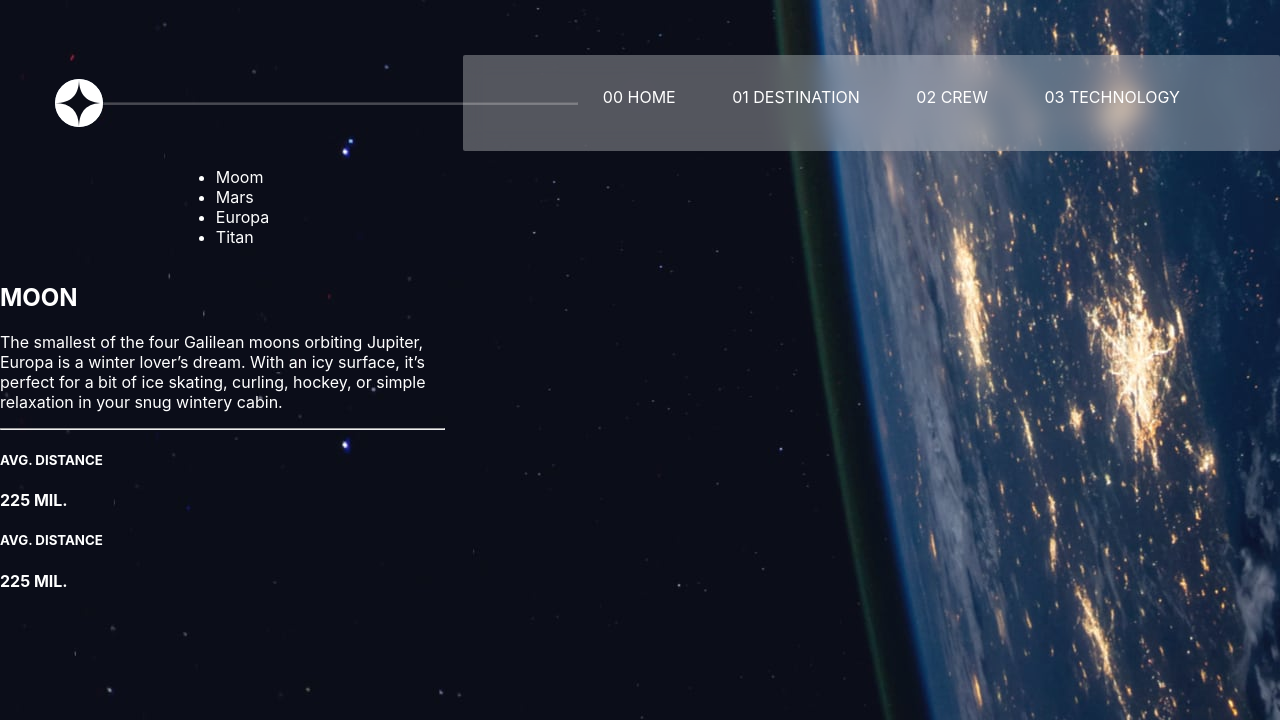
Repository: jhonenmanuel1/FrontEndMentor-MultiPageSpace
Page: /
An editor plug-in stored every save of this project. The page is shown before and after the next save, followed by the edit.
The browser window is 1280 px wide. The pictures show the whole page.
The project was rebuilt for these pictures with package versions that can differ from the ones it lists, and the page was loaded fresh each time. Also part of the build but not shown: src/views/home.js.

Above is the page before, as saved 2022-06-23 22:43:42.

### src/App.js

import HeaderView from './components/header';
import Destination from './views/destination';
import HomeView from './views/home';


function App() {
  return (
    <div className="App">
      <HeaderView/>
      <Destination/>


    </div>
  );
}

export default App;

### src/components/header.js
import styles from "../styles/header.module.css"

const HeaderView = ()=>{

    return(
        <div className={styles.wraper}>
            <div className={styles.headerLogo}>
            <svg xmlns="http://www.w3.org/2000/svg" width="48" height="48"><g fill="none" fill-rule="evenodd"><circle cx="24" cy="24" r="24" fill="#FFF"/><path fill="#0B0D17" d="M24 0c0 16-8 24-24 24 15.718.114 23.718 8.114 24 24 0-16 8-24 24-24-16 0-24-8-24-24z"/></g></svg>
            </div>
            <div className={styles.headerLine}>
                <hr />
            </div>
            <div className={styles.headerMenu}>
                 <ul>
                    <li> 00 HOME</li>
                    <li> 01 DESTINATION </li>
                    <li> 02 CREW </li>
                    <li className={styles.lastList}> 03 TECHNOLOGY</li>

                </ul>
            </div>

        </div>
    )
}
export default HeaderView;

### src/views/destination.js
import PlanetCardInfo from "../atoms/PlanetCardInfo";

export default function Destination() {
  return (
    <>
      <div className="destinationContainer">
        <div className="planetCard">
          <div className="titlePlanet"></div>
          <div className="planetCardImage"></div>
        </div>
        <div>
            <PlanetCardInfo/>
        </div>
      </div>
    </>
  );
}

### src/styles/header.module.css
.wraper {
    margin-top: 55px;
    display: flex;
    justify-content: space-between;


    background-position: center center;
    background-repeat: no-repeat;
    background-size: cover


}
.headerLogo{
    display: flex;
    justify-content: center;
    align-items: center;


}
.headerLogo svg {
    background-color: aliceblue;
    border-radius: 100%;
    height: 48px;
    width: 48px;
    margin-left: 55px;
}

.headerMenu{
    background-color: rgba(255, 255, 255, 0.3);
    border-radius: 2px;
    text-align: center;
    backdrop-filter: blur(12px);
    -webkit-backdrop-filter: blur(10px);
    width: 830px;
    height: 96px;



}

.headerMenu ul {
    display: flex;
    justify-content:  space-between;
    align-items: center;
    padding-right: 100px;
    margin-left: 100px;
    margin-top: 32px;
    color: white;


}
.headerMenu ul li {
    text-decoration: none;
    list-style: none;

}

.headerLogo{
    color: white;

}
.headerLine {
    display: flex;
    justify-content: center;
    align-items: center;
    margin-right: -9%;
    z-index: 1;

}
.headerLine hr {
    height: 1px;
    background-color: white;
    color: white;
    width: 473px;
    opacity:  25.15%;

}

### src/atoms/PlanetCardInfo.js
import styles from  '../styles/planetcardinfo.module.css'
export default function PlanetCardInfo() {
  return (
    <section section className={styles.planetCardInfoContainer}>
      <div >
        <div className={styles.planetCardHeader}>
          <ul>
            <li>Moom</li>
            <li>Mars</li>
            <li>Europa</li>
            <li>Titan</li>
          </ul>
        </div>
        <div className="planetCardTitle">
          <h1> MOON</h1>
        </div>
        <p>
          The smallest of the four Galilean moons orbiting Jupiter, Europa is a
          winter lover’s dream. With an icy surface, it’s perfect for a bit of
          ice skating, curling, hockey, or simple relaxation in your snug
          wintery cabin.
        </p>
        <hr></hr>
        <div className="planetCardFooter">
          <div>
            <div className="Mini Targets"></div>
          </div>
          <h5>AVG. DISTANCE</h5>
          <h4>225 MIL.</h4>
        </div>
        <div className="planetCardFooter">
          <div>
            <div className="Mini Targets"></div>
          </div>
          <h5>AVG. DISTANCE</h5>
          <h4>225 MIL.</h4>
        </div>
      </div>
    </section>
  );
}

### src/styles/homeview.module.css
body{
    color: white;
    background-image: url("../components/Images/home/background-home-desktop.jpg") ;
}
.containerCard{
    display: flex;
    margin-top: 257px;
    justify-content: center;
    align-items: center;
}
.spaceinfo{
    padding-right: 325px;
}
.homeSpaceTarget{
    max-width: 461.76px;
    display: flex;
    justify-content: center;
    align-items: center;
    margin: 0px;

}

.homeSpaceTargeth3 {
    font-weight: 1;
    font-size: 34px;
    margin: 0px;
}
.homeSpaceTargeth1{

    font-family: 'Bellefair';
    font-style: normal;
    font-weight: 400;
    font-size: 128px;
    line-height: 147px;
    margin: 0px;
}
.homeSpaceTargetp{
    font-size: 18px;
}
.explore{

    margin-bottom: -70px;
}

### src/styles/planetcardinfo.module.css
.planetCardInfoContainer {
  display: flex;
  align-items: center;
  justify-content: center;
  max-width: 445px;
}
.planetCardHeader {
  display: flex;
  justify-content: center;
}

Loaded but not shown: public/index.html (common file); src/index.js (common file); src/index.css (common file); src/reportWebVitals.js (common file)

After the next save:
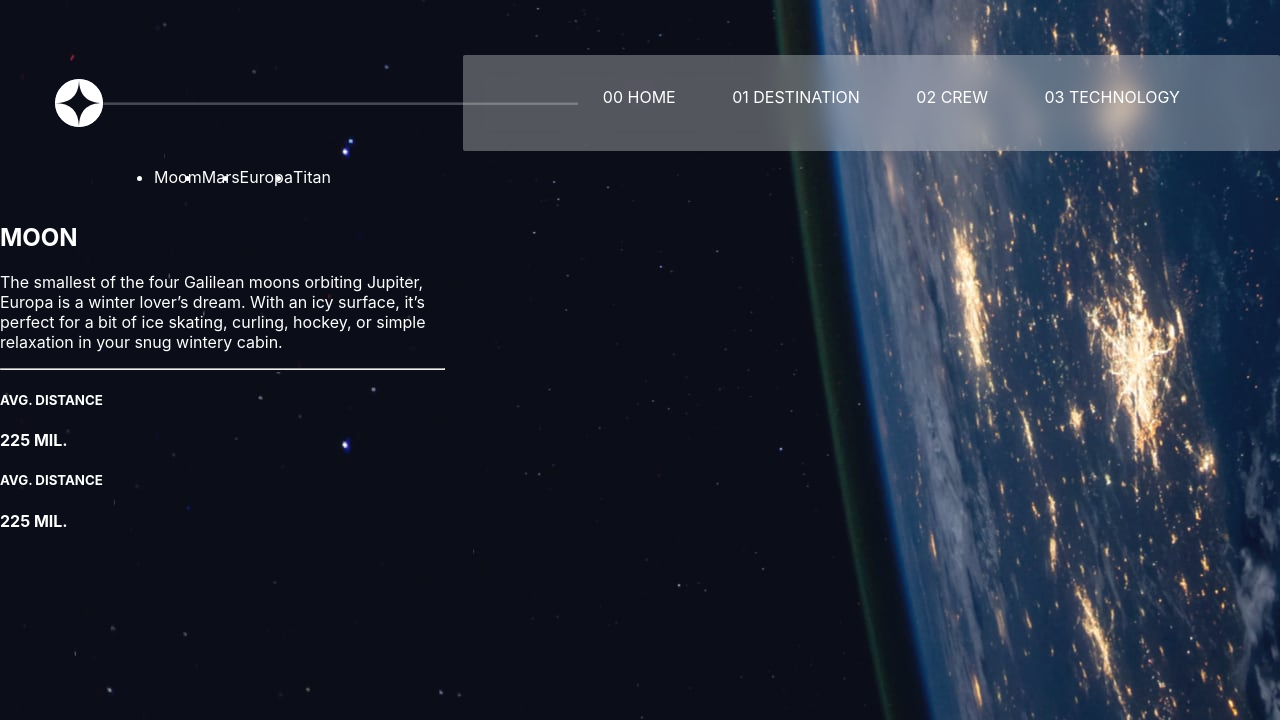
Saved 29 s later.
--- a/src/styles/planetcardinfo.module.css
+++ b/src/styles/planetcardinfo.module.css
@@ -8,3 +8,7 @@
   display: flex;
   justify-content: center;
 }
+
+.planetCardHeader ul {
+    display: flex;
+}
